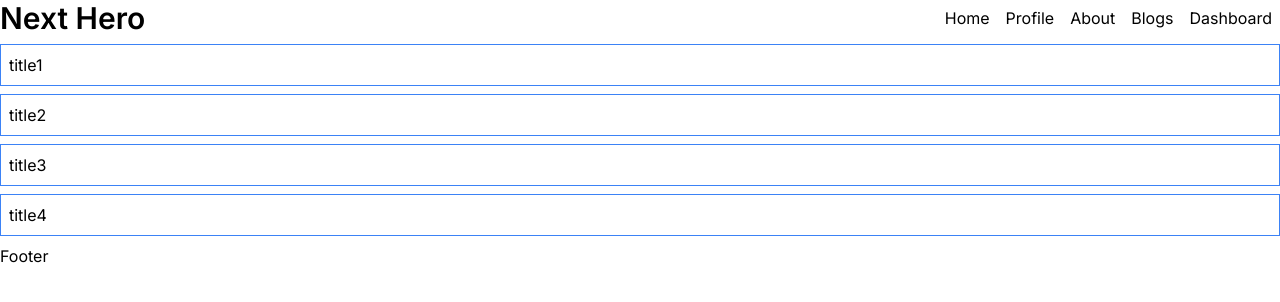
Repository: Wahid137/try-next-js
Page: /blogs
An editor plug-in stored every save of this project. The page is shown before and after the next save, followed by the edit.
The browser window is 1280 px wide. The pictures show the whole page.
The project was rebuilt for these pictures with package versions that can differ from the ones it lists, and the page was loaded fresh each time. The framework's server and built-in components were replaced by stand-ins that run in the browser. Also part of the build but not shown: next.config.js.

Above is the page before, as saved 2023-10-18 14:11:47.

After the next save:
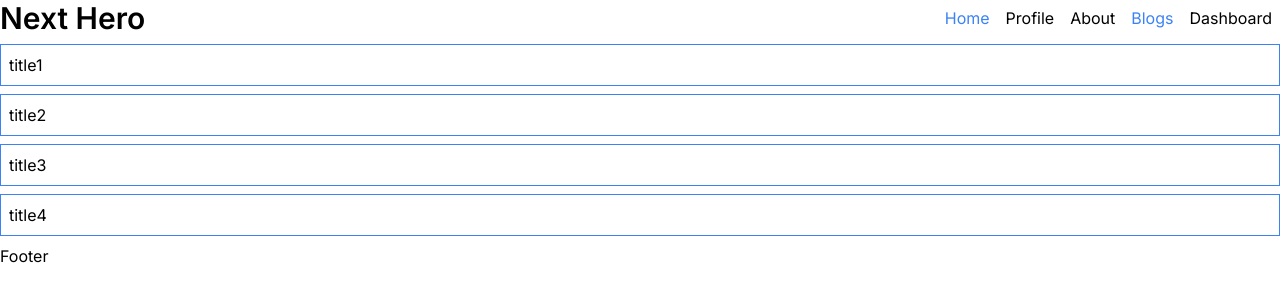
Saved 106 s later.
--- a/src/utils/classNames.js
+++ b/src/utils/classNames.js
@@ -1,8 +1,7 @@
-const classNames = (...args) => {
+const classNames = (...args) =>
 
     args.filter(Boolean).join(" ")
-    console.log(args)
-}
+
 
 
 

After the 2 saves that followed:
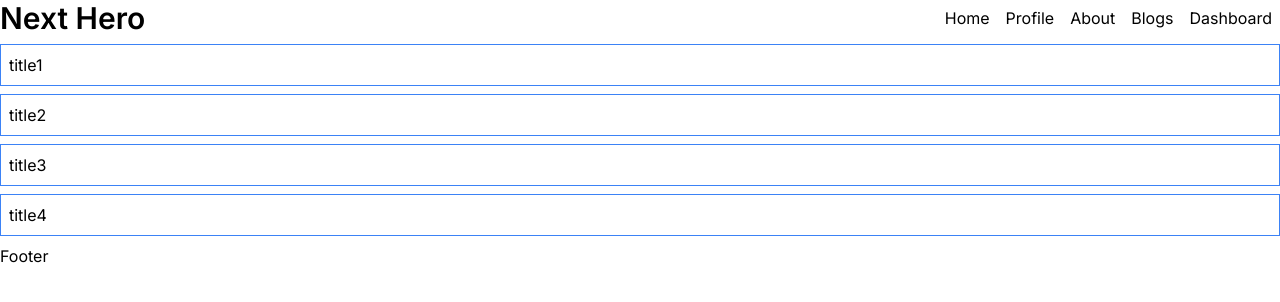
The 2 saves are shown as one change because 1 did not build or start.
The last was saved 29 s later.
--- a/src/components/NavLink.jsx
+++ b/src/components/NavLink.jsx
@@ -12,11 +12,7 @@ const NavLink = ({ children, href, activeClassName, ...props }) => {
   if (classes) {
     props.className = classes;
   }
-  return (
-    <Link href={href} {...props}>
-      {children}
-    </Link>
-  );
+  return <Link href={href} /* {...props} */>{children}</Link>;
 };
 
 export default NavLink;
